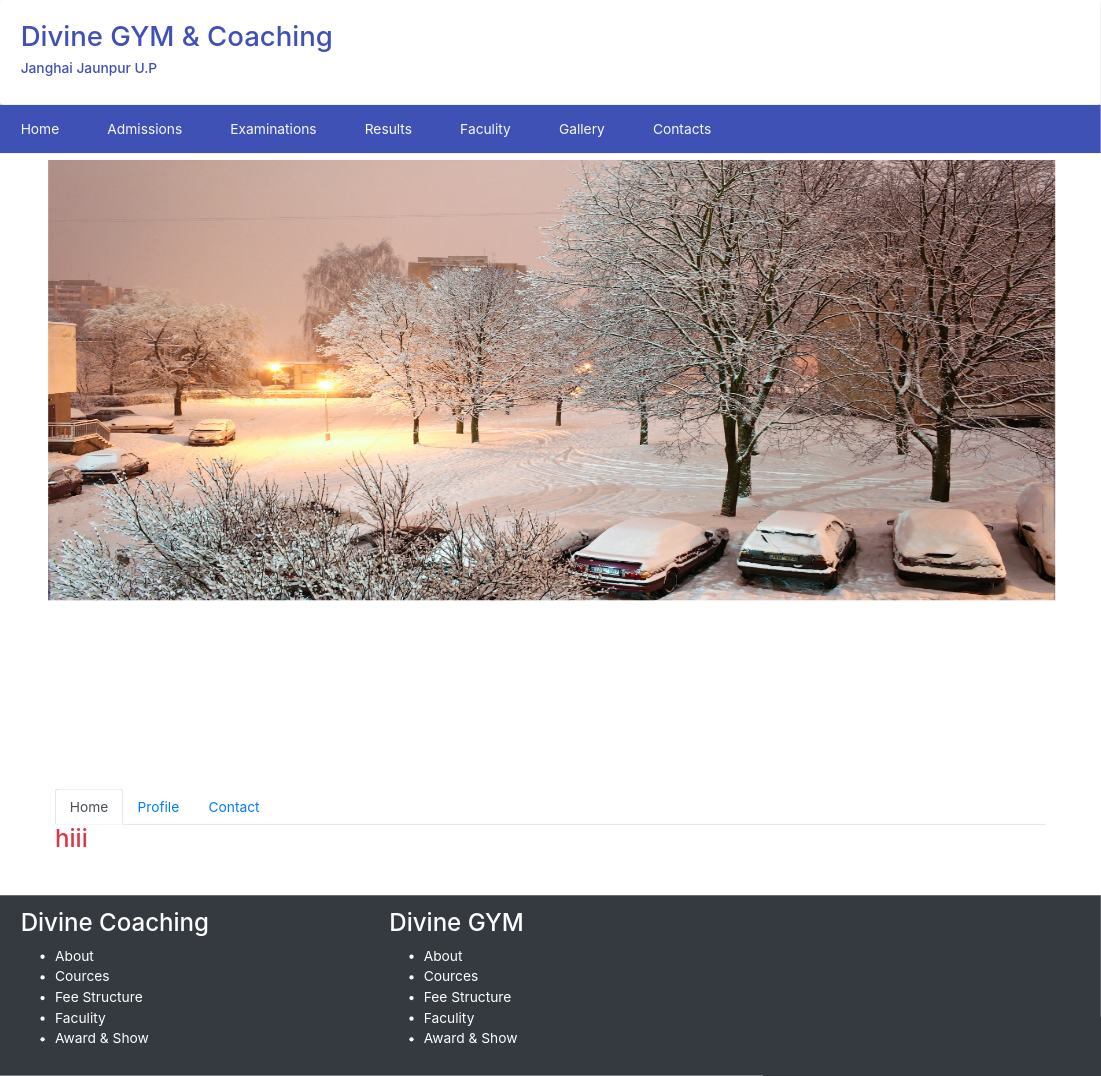
Repository: lalji-yadav/vikash-Coaching-frontend
Page: /gallery
The author's editor kept a copy of each file at every save. The page is drawn from the files as they stood at one save, then again after the next save.
The browser window is 1280 px wide. The pictures show the whole page, at 86% of full size.
The project was rebuilt for these pictures with package versions that can differ from the ones it lists, and the page was loaded fresh each time. Also part of the build but not shown: src/index.css, src/home/home.js, src/component/admission/admission.js, src/component/examination/examination.js, src/component/results/result.js, src/component/faculity/faculity.js.

Above is the page before, as saved 2021-04-11 13:41:52.

### public/index.html
<!DOCTYPE html>
<html lang="en">
  <head>
    <meta charset="utf-8" />
    <link rel="icon" href="%PUBLIC_URL%/favicon.ico" />
    <meta name="viewport" content="width=device-width, initial-scale=1" />
    <meta name="theme-color" content="#000000" />
    <meta
      name="description"
      content="Web site created using create-react-app"
    />


    <link rel="preconnect" href="https://fonts.gstatic.com">
    <link href="https://fonts.googleapis.com/css2?family=Open+Sans:wght@400;700&display=swap" rel="stylesheet">

    <link rel="apple-touch-icon" href="%PUBLIC_URL%/logo192.png" />
    <!--
      manifest.json provides metadata used when your web app is installed on a
      user's mobile device or desktop. See https://developers.google.com/web/fundamentals/web-app-manifest/
    -->
    <link rel="manifest" href="%PUBLIC_URL%/manifest.json" />


    <link rel="preconnect" href="https://fonts.gstatic.com">
<link href="https://fonts.googleapis.com/css2?family=Open+Sans&display=swap" rel="stylesheet">
    <!--
      Notice the use of %PUBLIC_URL% in the tags above.
      It will be replaced with the URL of the `public` folder during the build.
      Only files inside the `public` folder can be referenced from the HTML.

      Unlike "/favicon.ico" or "favicon.ico", "%PUBLIC_URL%/favicon.ico" will
      work correctly both with client-side routing and a non-root public URL.
      Learn how to configure a non-root public URL by running `npm run build`.
    -->
    <title>React App</title>
  </head>
  <body>
    <noscript>You need to enable JavaScript to run this app.</noscript>
    <div id="root"></div>
    <!--
      This HTML file is a template.
      If you open it directly in the browser, you will see an empty page.

      You can add webfonts, meta tags, or analytics to this file.
      The build step will place the bundled scripts into the <body> tag.

      To begin the development, run `npm start` or `yarn start`.
      To create a production bundle, use `npm run build` or `yarn build`.
    -->
  </body>
</html>

### src/App.js
import React from 'react';
import Header from "../src/header/header"
import { BrowserRouter } from 'react-router-dom';
import Footer from '../src/footer/footer'


function App() {
  return (
    <div style={{overflowX:"hidden"}}>

      <BrowserRouter>
          <Header />
      </BrowserRouter>


      {/* <Routers /> */}


      <Footer />

    </div>
  );
}

export default App;

### src/header/header.js
import React, { Component } from 'react';
import {Navbar, Nav } from 'react-bootstrap';
import { Card } from '@material-ui/core';
import { Link } from "react-router-dom";
import Routers from "../router/router"

class header extends Component {
    render() {
        return (
            <div>
                <Card className="py-4 pl-4">
                    <h2 style={{color:"#3f51b5"}}>Divine GYM & Coaching </h2>
                    <h6 style={{color:"#3f51b5"}}>Janghai Jaunpur U.P</h6>
                </Card>

                <Navbar style={{backgroundColor:"#3f51b5"}} variant="light" expand="lg">
                    <Navbar.Toggle aria-controls="basic-navbar-nav" />
                    <Navbar.Collapse id="basic-navbar-nav">
                    <Nav className="text-light">
                        <Nav.Link className="text-light pr-5" as={Link} to="/home">Home</Nav.Link>
                        <Nav.Link className="text-light pr-5" as={Link} to="/admission">Admissions</Nav.Link>
                        <Nav.Link className="text-light pr-5" as={Link} to="/examination">Examinations</Nav.Link>
                        <Nav.Link className="text-light pr-5" as={Link} to="/results">Results</Nav.Link>
                        <Nav.Link className="text-light pr-5" as={Link} to="/faculity">Faculity</Nav.Link>
                        <Nav.Link className="text-light pr-5" as={Link} to="/gallery">Gallery</Nav.Link>
                        <Nav.Link className="text-light pr-5" as={Link} to="/service">Contacts</Nav.Link>

                    </Nav>
                    </Navbar.Collapse>
                </Navbar>

                <Routers> </Routers>

            </div>
        );
    }
}

export default header;

### src/footer/footer.js
import React, { Component } from 'react';
// import { Card } from 'react-bootstrap';

class footer extends Component {
    render() {
        return (
              <div className="row bg-dark text-white mt-5 py-3 pl-4">

                  <div className="col-sm-4">
                  <h3> Divine Coaching </h3>
                  <ul>
                         <li> About </li>
                         <li> Cources </li>
                         <li> Fee Structure </li>
                         <li> Faculity </li>
                         <li> Award & Show </li>
                     </ul>
                  </div>

                  <div className="col-sm-4">
                  <h3> Divine GYM </h3>
                  <ul>
                         <li> About </li>
                         <li> Cources </li>
                         <li> Fee Structure </li>
                         <li> Faculity </li>
                         <li> Award & Show </li>
                     </ul>
                  </div>
              </div>
        );
    }
}

export default footer;

### src/router/router.js
import React, { Component } from 'react';
import {
    Switch,
    Route
  } from "react-router-dom";
  import Home from '../home/home'
  import Admission from "../component/admission/admission"
  import Examination from "../component/examination/examination"
  import Result from "../component/results/result"
  import Faculity from "../component/faculity/faculity"
import Gallery from '../component/gallery/gallery';

class router extends Component {
    render() {
        return (
            <div>
                   <Switch>
                    <Route exact path="/" component={Home} />
                    <Route exact path="/home" component={Home} />
                    <Route exact path="/admission" component={Admission} />
                    <Route exact path="/examination" component={Examination} />
                    <Route exact path="/results" component={Result} />
                    <Route exact path="/faculity" component={Faculity} />
                    <Route exact path="/gallery" component={Gallery} />
                    </Switch>

            </div>
        );
    }
}

export default router;

### src/component/gallery/gallery.js
import React, { Component } from "react";
import {Tab, Tabs} from 'react-bootstrap'

class gallery extends Component {

  render() {

    return (
      <div>
        <div className="row">
          <div className="col-sm-11 mt-2" style={{ marginLeft: "4.3%" }}>
            <img
              style={{ width: "100%", height: "70%" }}
              src={
                process.env.PUBLIC_URL +
                "/image/gallery/Admin/0 (22) - Copy.jpg"
              }
              alt=""
            />
          </div>
          <div className="col-md-5"></div>
        </div>

        <div className="border-primary" style={{width:"90%", marginLeft:"5%"}} >
          <Tabs defaultActiveKey="Home" id="uncontrolled-tab-example">
            <Tab className="text-danger" eventKey="Home" title="Home">
              <h3>hiii </h3>
            </Tab>
            <Tab eventKey="profile" title="Profile">
              <h3>profile </h3>
            </Tab>
            <Tab eventKey="contact" title="Contact" >
              <h3>vghtrh </h3>
            </Tab>
          </Tabs>


        </div>
      </div>
    );
  }
}

export default gallery;

Loaded but not shown: src/index.js (common file); src/serviceWorker.js (common file)

After the next save:
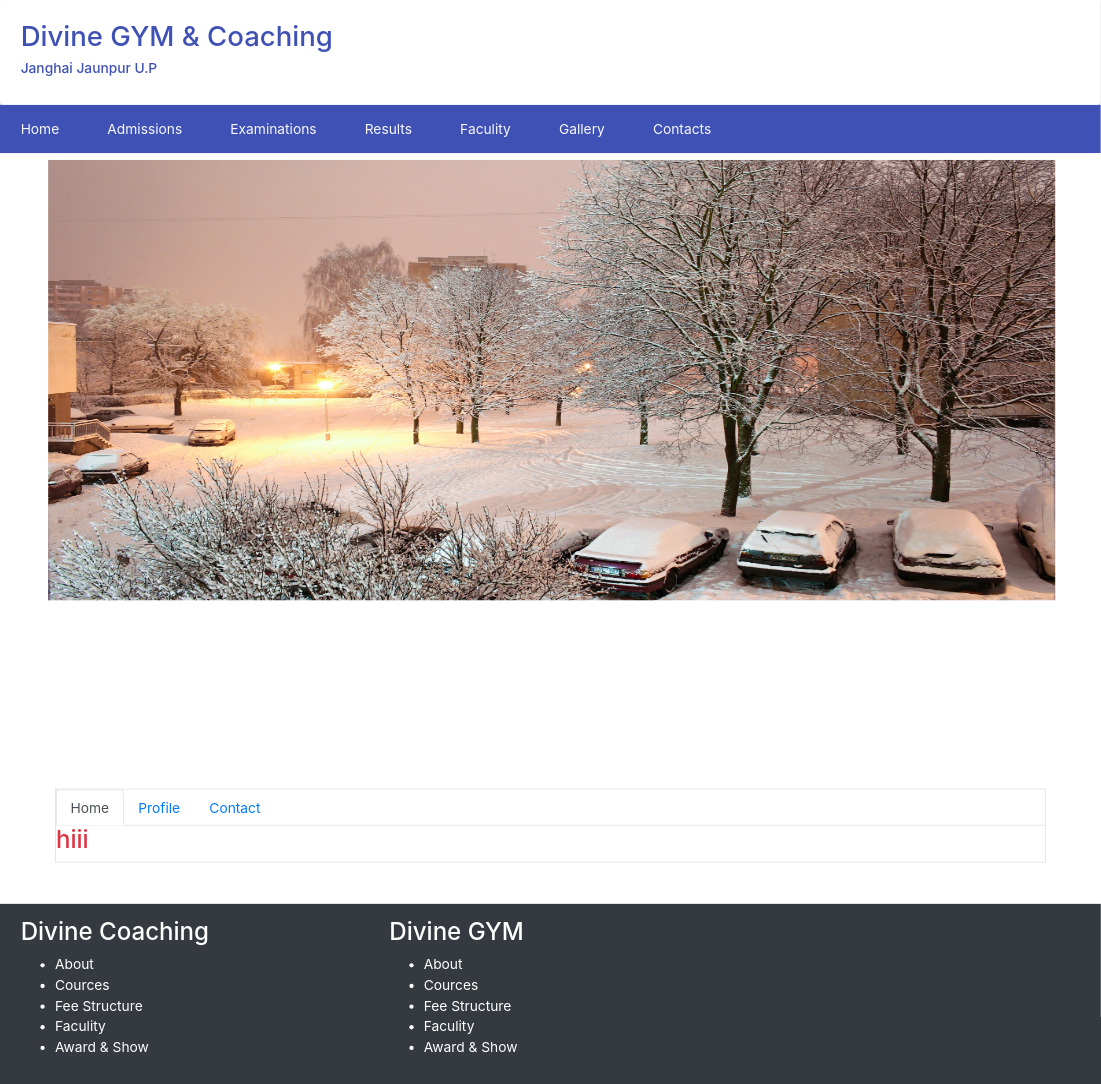
Saved 11 s later.
--- a/src/component/gallery/gallery.js
+++ b/src/component/gallery/gallery.js
@@ -21,7 +21,7 @@
           <div className="col-md-5"></div>
         </div>
 
-        <div className="border-primary" style={{width:"90%", marginLeft:"5%"}} >
+        <div className="border" style={{width:"90%", marginLeft:"5%"}} >
           <Tabs defaultActiveKey="Home" id="uncontrolled-tab-example">
             <Tab className="text-danger" eventKey="Home" title="Home">
               <h3>hiii </h3>

After the save that followed:
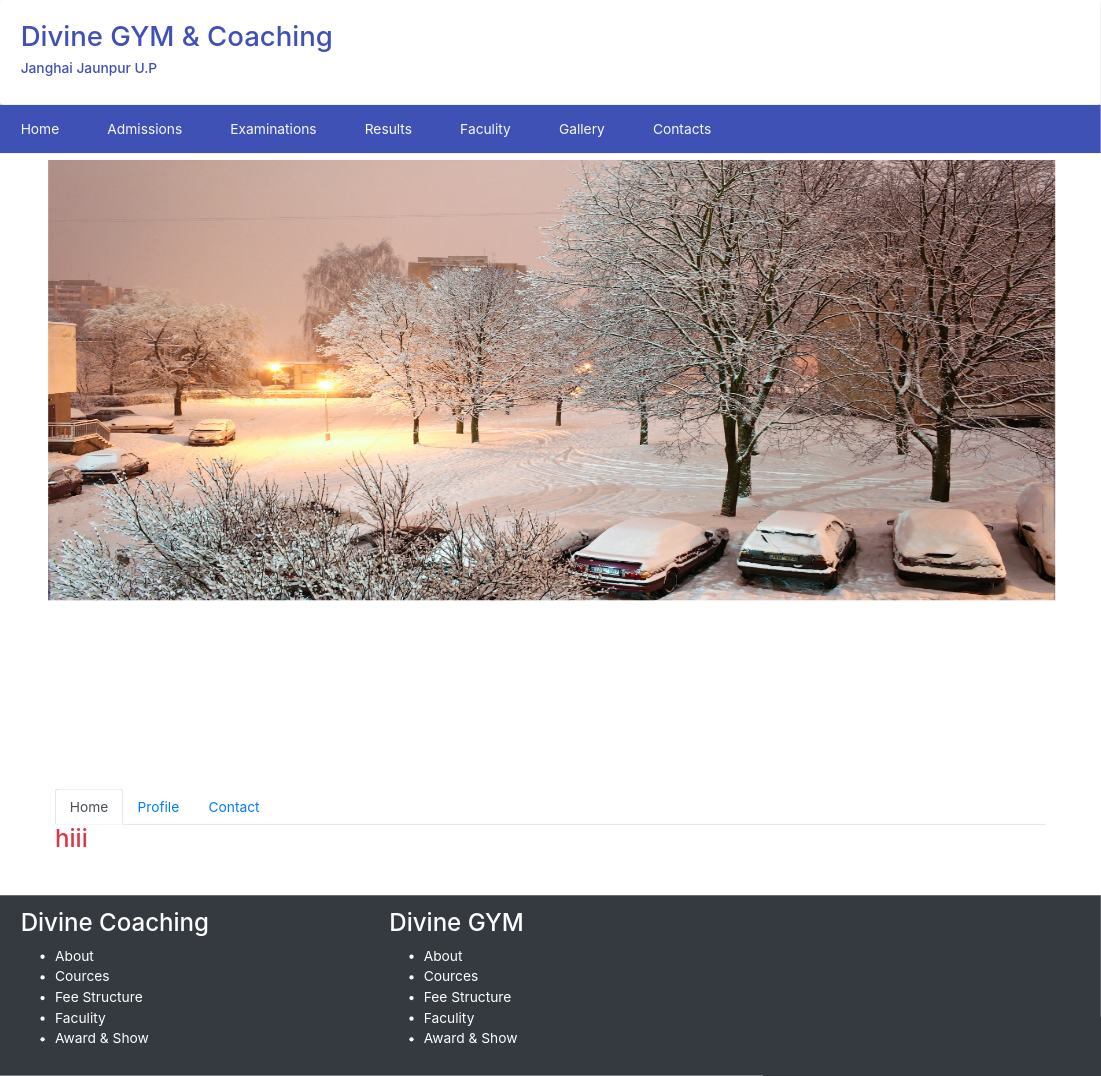
Saved 25 s later.
--- a/src/component/gallery/gallery.js
+++ b/src/component/gallery/gallery.js
@@ -21,7 +21,7 @@
           <div className="col-md-5"></div>
         </div>
 
-        <div className="border" style={{width:"90%", marginLeft:"5%"}} >
+        <div className="border-primary" style={{width:"90%", marginLeft:"5%"}} >
           <Tabs defaultActiveKey="Home" id="uncontrolled-tab-example">
             <Tab className="text-danger" eventKey="Home" title="Home">
               <h3>hiii </h3>
